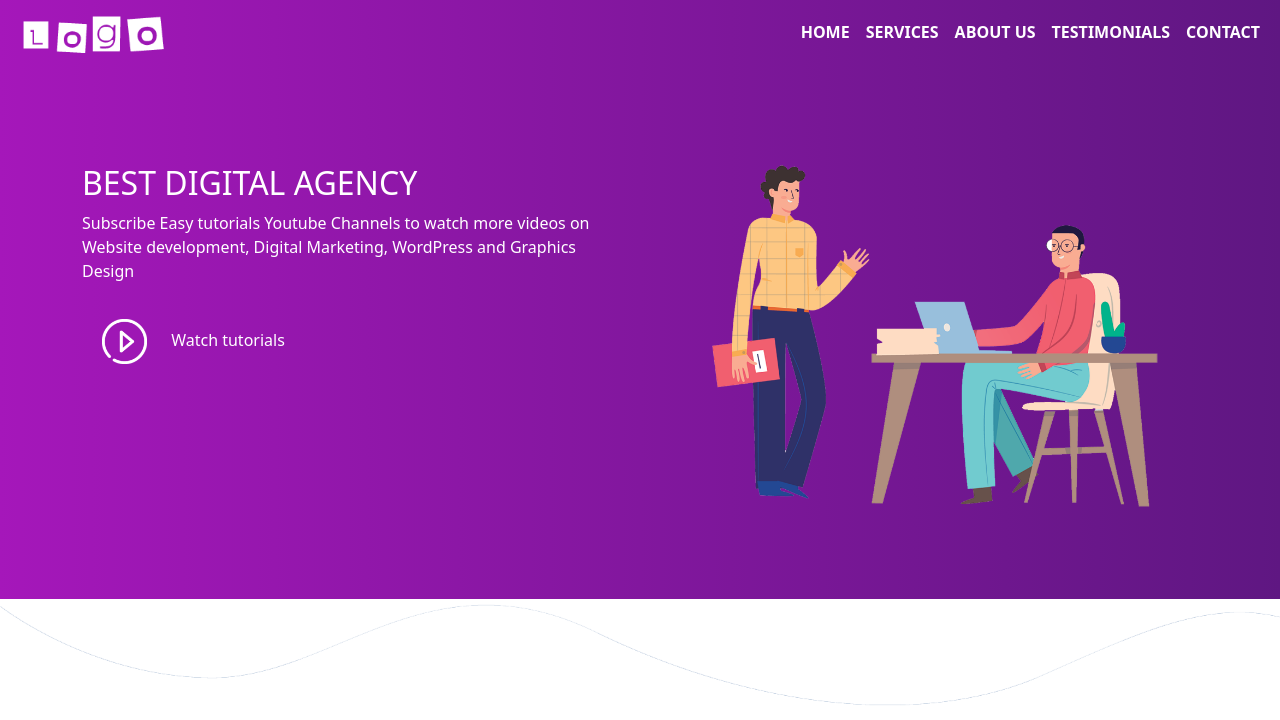
Repository: wadelfadill/Bootstrap_tache_2_website_design
Page: index.html
These files come from the project's save history. The page is drawn as it stood at one moment and after the next save; the edit follows.
The browser window is 1280 px wide. The pictures show the whole page.
Some web libraries are served in a nearby version.

Above is the page before, as saved 2023-04-05 16:14:36.

### index.html
<!DOCTYPE html>
<html lang="en">
<head>
    <meta charset="UTF-8">
    <meta http-equiv="X-UA-Compatible" content="IE=edge">
    <meta name="viewport" content="width=device-width, initial-scale=1.0">
    <!-- bootstrap css link -->
    <link href="https://cdn.jsdelivr.net/npm/bootstrap@5.1.3/dist/css/bootstrap.min.css" rel="stylesheet" integrity="sha384-1BmE4kWBq78iYhFldvKuhfTAU6auU8tT94WrHftjDbrCEXSU1oBoqyl2QvZ6jIW3" crossorigin="anonymous">
    <!-- css sheet link -->
    <link rel="stylesheet" href="style.css">
    <!-- fontawsome link -->
    <link rel="stylesheet" href="https://cdn.jsdelivr.net/npm/@fortawesome/fontawesome-free@6.2.1/css/fontawesome.min.css">
    <title>bootstrap_website_design</title>
    <script src="https://kit.fontawesome.com/8f130c8a35.js" crossorigin="anonymous"></script>
</head>
<body>
    <section id="nav-bar" class="sticky-top t-0">
        <nav class="navbar navbar-expand-lg navbar-light p-0">
            <div class="container-fluid">
              <a class="navbar-brand" href="#"><img src="images/demo-logo.png" alt="" class="w-75 h-50 p-2"></a>
              <button class="navbar-toggler" type="button" data-bs-toggle="collapse" data-bs-target="#navbarSupportedContent" aria-controls="navbarSupportedContent" aria-expanded="false" aria-label="Toggle navigation">
                <span><i class="fa-solid fa-bars fs-1" style="color: #ffffff;"></i></span>
              </button>
              <div class="collapse navbar-collapse justify-content-end" id="navbarSupportedContent">
                <ul class="navbar-nav ms-auto mb-2 mb-lg-0 ">
                  <li class="nav-item pt-0 pb-1 fw-bold">
                    <a class="nav-link active text-white float-end text-start" aria-current="page" href="#">HOME</a>
                  </li>
                  <li class="nav-item pt-0 pb-1 fw-bold">
                    <a class="nav-link text-white float-end text-start" href="#">SERVICES</a>
                  </li>
                  <li class="nav-item pt-0 pb-1 fw-bold">
                    <a class="nav-link text-white float-end text-start" href="#">ABOUT US</a>
                  </li>
                  <li class="nav-item pt-0 pb-1 fw-bold">
                    <a class="nav-link text-white float-end text-start" href="#">TESTIMONIALS</a>
                  </li>
                  <li class="nav-item pt-0 pb-1 fw-bold">
                    <a class="nav-link text-white float-end text-start" href="#">CONTACT</a>
                  </li>
                </ul>
              </div>
            </div>
          </nav>
    </section>
     <!--banner section  -->
     <section id="banner" class="text-white pt-5">
      <div class="container">
        <div class="row">
          <div class="col-md-6">
            <p class="h2 mt-5">BEST DIGITAL AGENCY</p>
            <p>
              Subscribe Easy tutorials Youtube Channels to watch more videos on
              Website development, Digital Marketing, WordPress and Graphics Design
            </p>
            <a href="" class="tuto text-white text-decoration-none"><img src="images/play.png" alt="" class="play-btn"> Watch tutorials</a>
          </div>
          <div class="col-md-6 text-center">
            <img src="images/home2.png" alt="" class="img-fluid">
          </div>
        </div>
      </div>
     </section>
     <img src="images/wave1.png" alt="" class="w-100">


        <!-- bootstrap js link -->
    <script src="https://cdn.jsdelivr.net/npm/bootstrap@5.1.3/dist/js/bootstrap.bundle.min.js" integrity="sha384-ka7Sk0Gln4gmtz2MlQnikT1wXgYsOg+OMhuP+IlRH9sENBO0LRn5q+8nbTov4+1p" crossorigin="anonymous"></script>
</body>
</html>

### style.css
*{
    margin: 0;
    padding: 0;
}
.navbar{
    background-image: linear-gradient(to right, #a517ba, #5f1782);
}
.navbar-toggler{
    outline: none !important;
}
/* Banner section */
#banner{
    background-image: linear-gradient(to right, #a517ba, #5f1782);


}
.play-btn{
    width: 45px;
    margin: 20px;
}

After the next save:
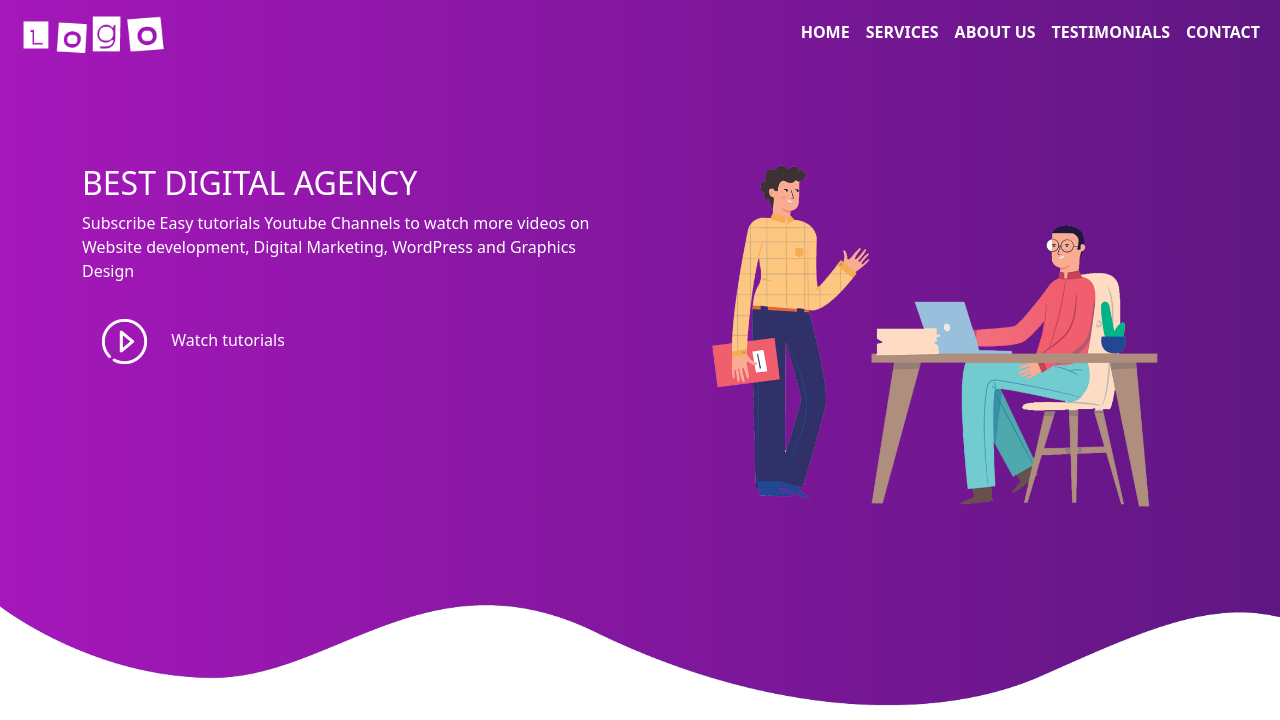
Saved 66 s later.
--- a/index.html
+++ b/index.html
@@ -60,8 +60,8 @@
           </div>
         </div>
       </div>
+     <img src="images/wave1.png" alt="" class="w-100">
      </section>
-     <img src="images/wave1.png" alt="" class="w-100">
 
 
         <!-- bootstrap js link -->
